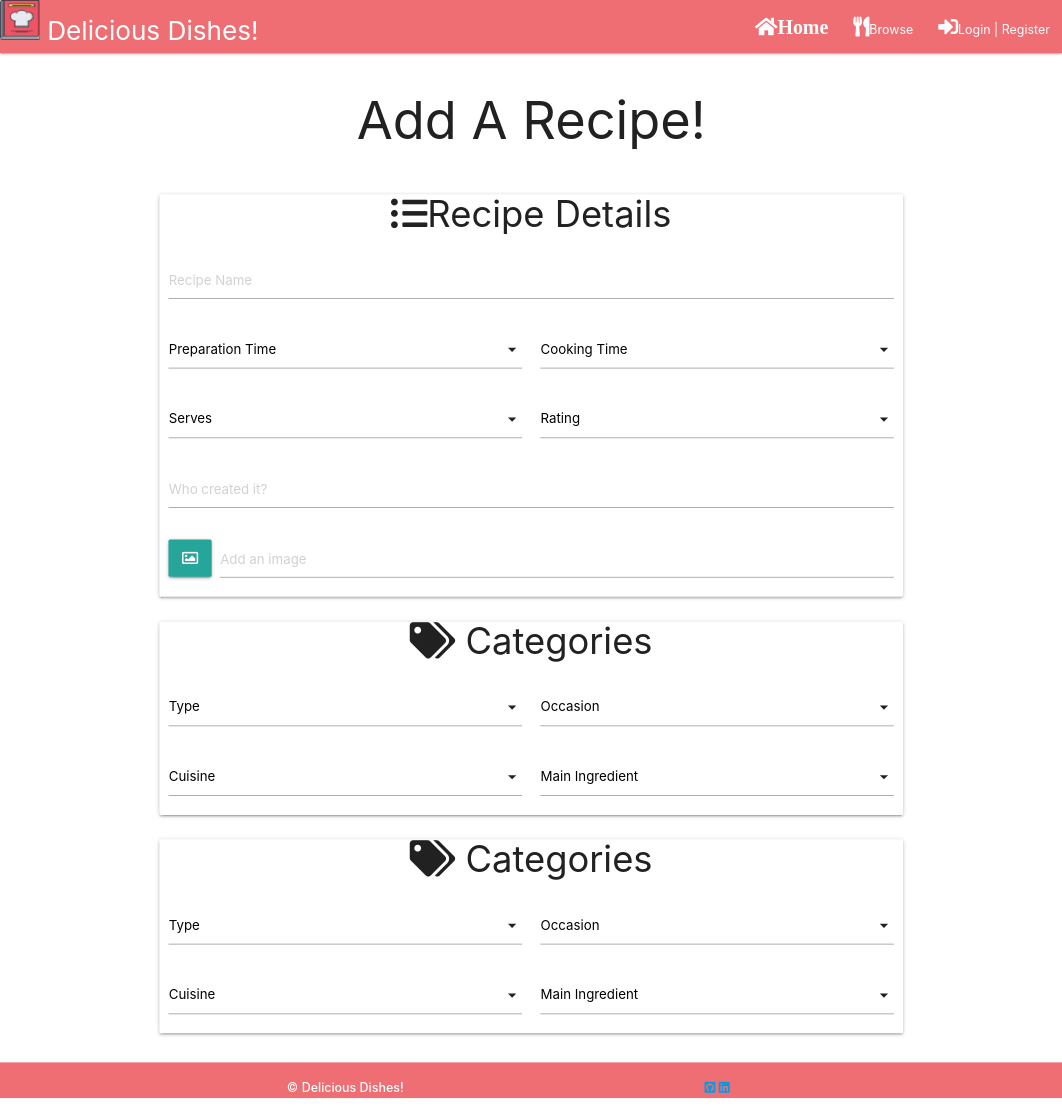
Repository: hebs87/cookbook-milestone-project-three
Page: templates/add_recipe.html
The author's editor kept a record of every edit. The page is drawn from the files as they stood at one moment, then again after the next edit.
The browser window is 1280 px wide. The pictures show the whole page, at 83% of full size.
Some web libraries are served in a nearby version. The page is served by the project's application, run on Flask 3 (app.py). The template is opened directly, without the code that normally fills it, so the values that code supplies are empty.

Above is the page before.

After the next edit:
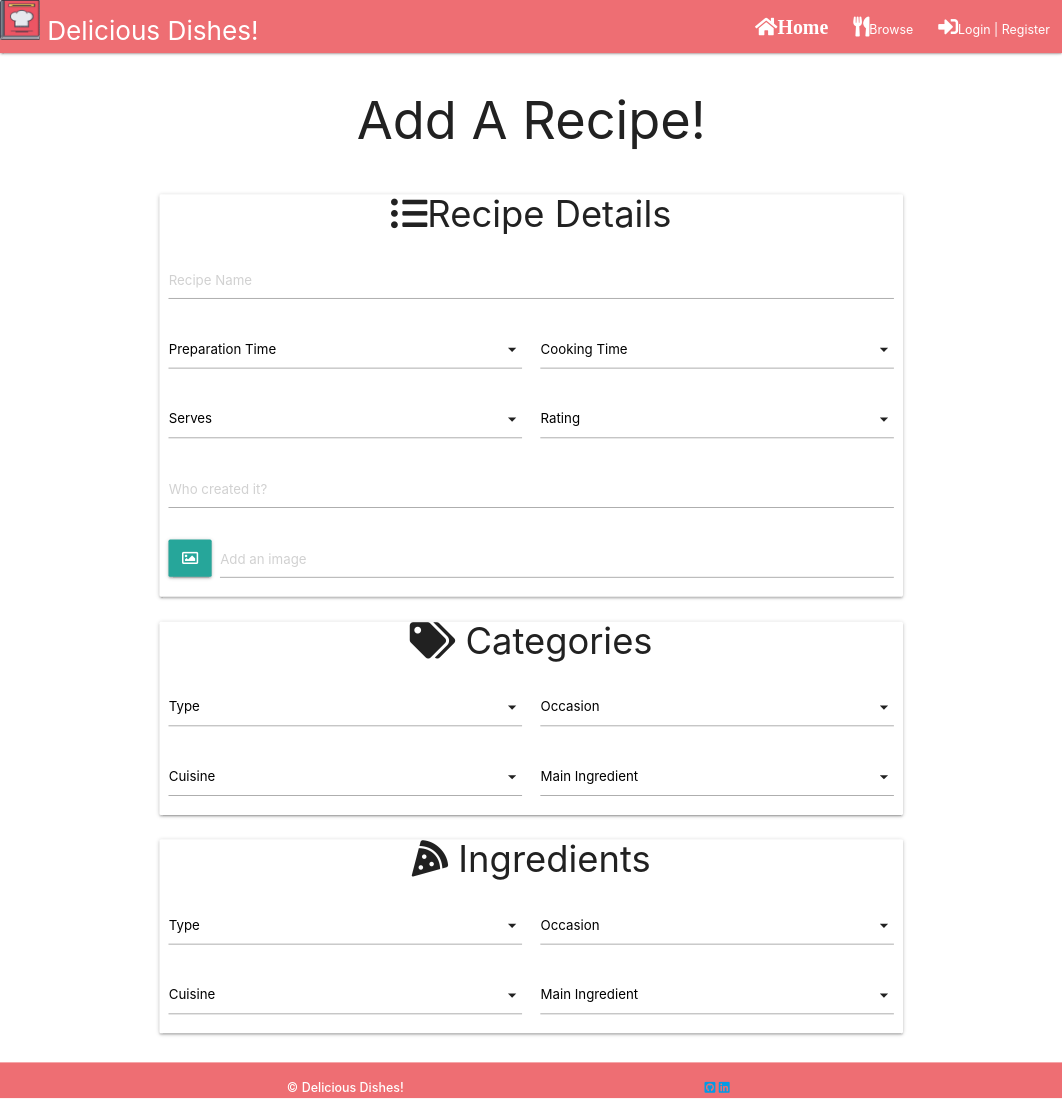
The edit:
--- a/templates/add_recipe.html
+++ b/templates/add_recipe.html
@@ -101,8 +101,8 @@
         <!--Ingredients Card-->
         <div class="row card z-depth-1">
             <!--Card Title-->
-            <h3><i class="fas fa-tags"></i> Categories</h3>
-            <!--Type Select-->
+            <h3><i class="fas fa-pizza-slice"></i> Ingredients</h3>
+            <!--Ingredient Field-->
             <div class="input-field col s12 m6">
                 <select id="prep_time" name="prep_time" class="form-control validate" required>
                     <option value="" disabled selected>Type</option>
